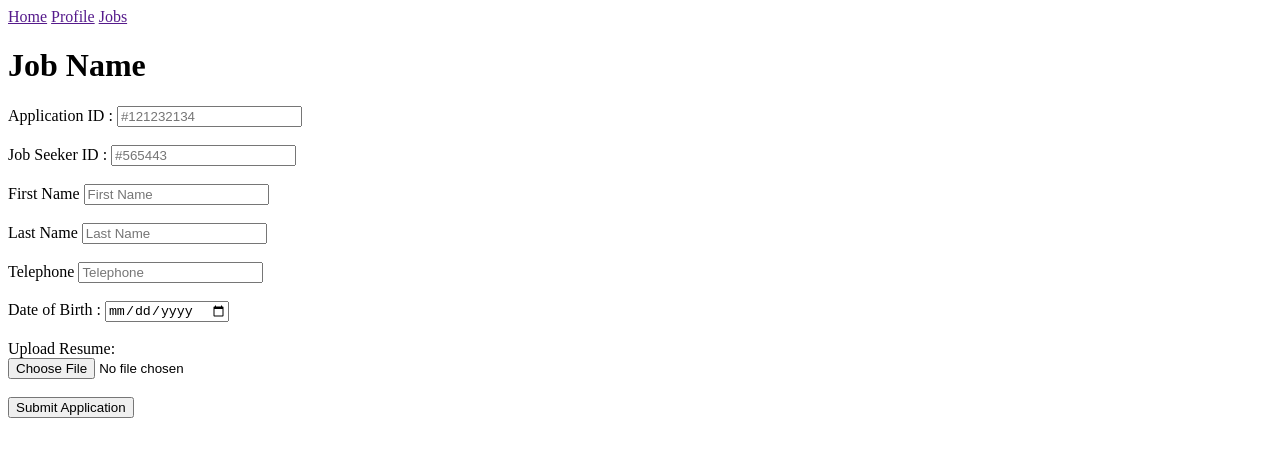
Repository: IT21221064/JobPortal
Page: http://localhost/JobApp/addProfile.jsp
An editor plug-in stored every save of this project. The page is shown before and after the next save, followed by the edit.
The browser window is 1280 px wide. The pictures show the whole page.
The page is served by Tomcat 9.

Above is the page before, as saved 2023-07-15 17:35:43.

After the next save:
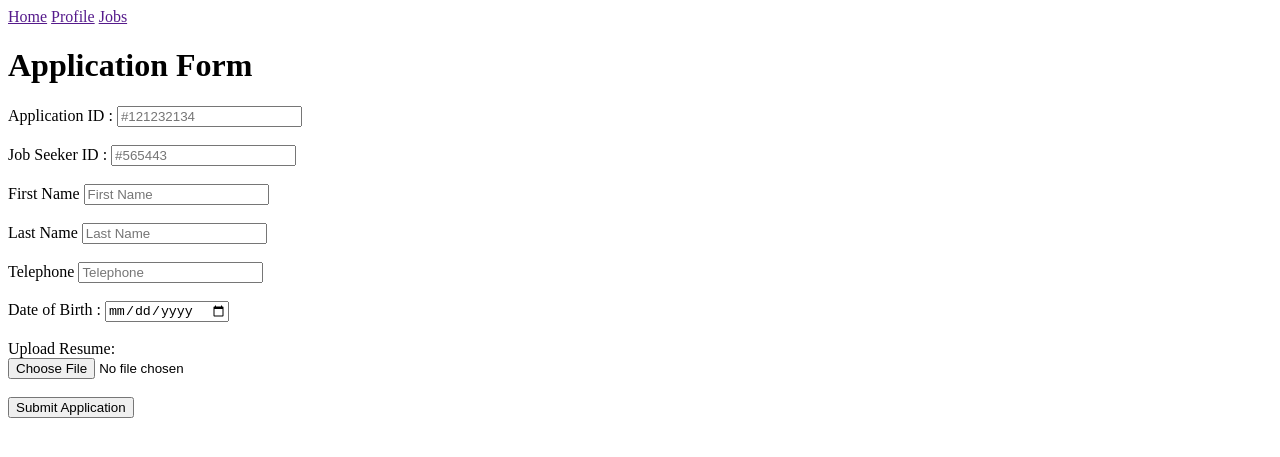
Saved 116 s later.
--- a/Project/JobApp/src/main/webapp/addProfile.jsp
+++ b/Project/JobApp/src/main/webapp/addProfile.jsp
@@ -9,7 +9,7 @@
 <body>
 <%@include file="nav.html" %>
 <form method="post" action="#">
-<h1>Job Name</h1>
+<h1>Application Form</h1>
 <label for="aID">Application ID : </label>
 <input type="text" name="aID" id="aID" placeholder="#121232134"><br><br>
 
@@ -17,11 +17,11 @@
 <input type="text" name="jID" id="jID" placeholder="#565443"><br><br>
 
  <input value="id" type="hidden" name="user_id"/>
-                <label>First Name</label>
-                <input name="fname" class="form-control" placeholder="First Name" /><br><br>
+               <label>First Name</label>
+               <input name="fname" class="form-control" placeholder="First Name" /><br><br>
 
-                <label>Last Name</label>
-                <input name="lname"  class="form-control" placeholder="Last Name" /><br><br>
+               <label>Last Name</label>
+               <input name="lname"  class="form-control" placeholder="Last Name" /><br><br>
 
                <label>Telephone</label>
                <input name="tp" class="form-control" type="number" placeholder="Telephone" /><br><br>
